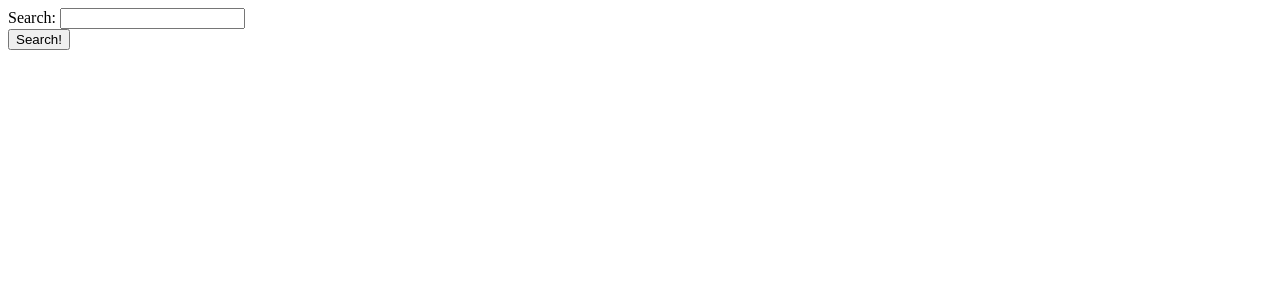
Repository: Oathkeeper/JavaBrains-Tutorials
Page: http://localhost/TutorialFinder/searchform.jsp
An editor plug-in stored every save of this project. The page is shown before and after the next save, followed by the edit.
The browser window is 1280 px wide. The pictures show the whole page.
The page is served by Tomcat 9. Nobody is signed in. The application's start-up code is not run. Other server files are loaded and not shown.

Above is the page before, as saved 2014-06-29 20:13:53.

### TutorialFinder/web/searchform.jsp
<%@ page language="java" contentType="text/html; charset=UTF-8"
    pageEncoding="UTF-8"%>
<!DOCTYPE html PUBLIC "-//W3C//DTD HTML 4.01 Transitional//EN" "http://www.w3.org/TR/html4/loose.dtd">
<html>
<head>
<meta http-equiv="Content-Type" content="text/html; charset=UTF-8">
<title>Search</title>
</head>
<body>
<form>
  <div class="fields">
    <div>
      <label for="language">Search: </label>
      <input id="language" name="language" />
    </div>
    <div>
      <input type="submit" value="Search!" />
    </div>
  </div>

</form>
</body>
</html>

### TutorialFinder/web/styles.css
@CHARSET "UTF-8";

body {
	margin: 0;
	padding: 0;
}

.fields input label {
	width: 150px;
}

After the next save:
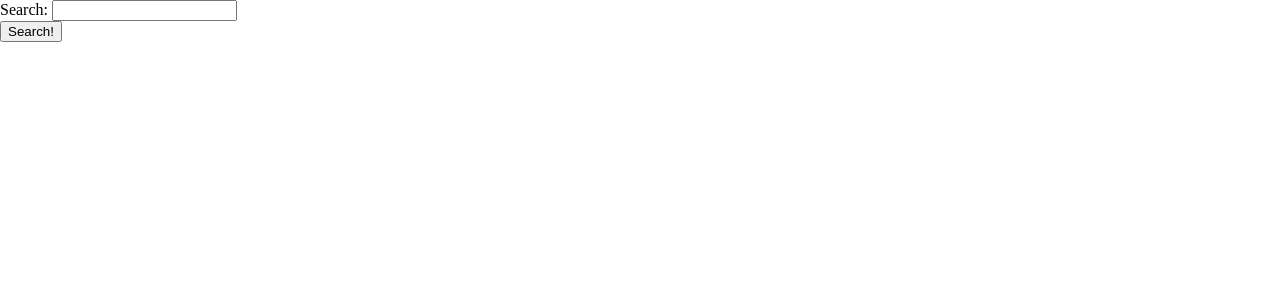
Saved 33 s later.
--- a/TutorialFinder/web/searchform.jsp
+++ b/TutorialFinder/web/searchform.jsp
@@ -4,6 +4,7 @@
 <html>
 <head>
 <meta http-equiv="Content-Type" content="text/html; charset=UTF-8">
+<link rel="stylesheet" type="text/css" href="styles.css" />
 <title>Search</title>
 </head>
 <body>
